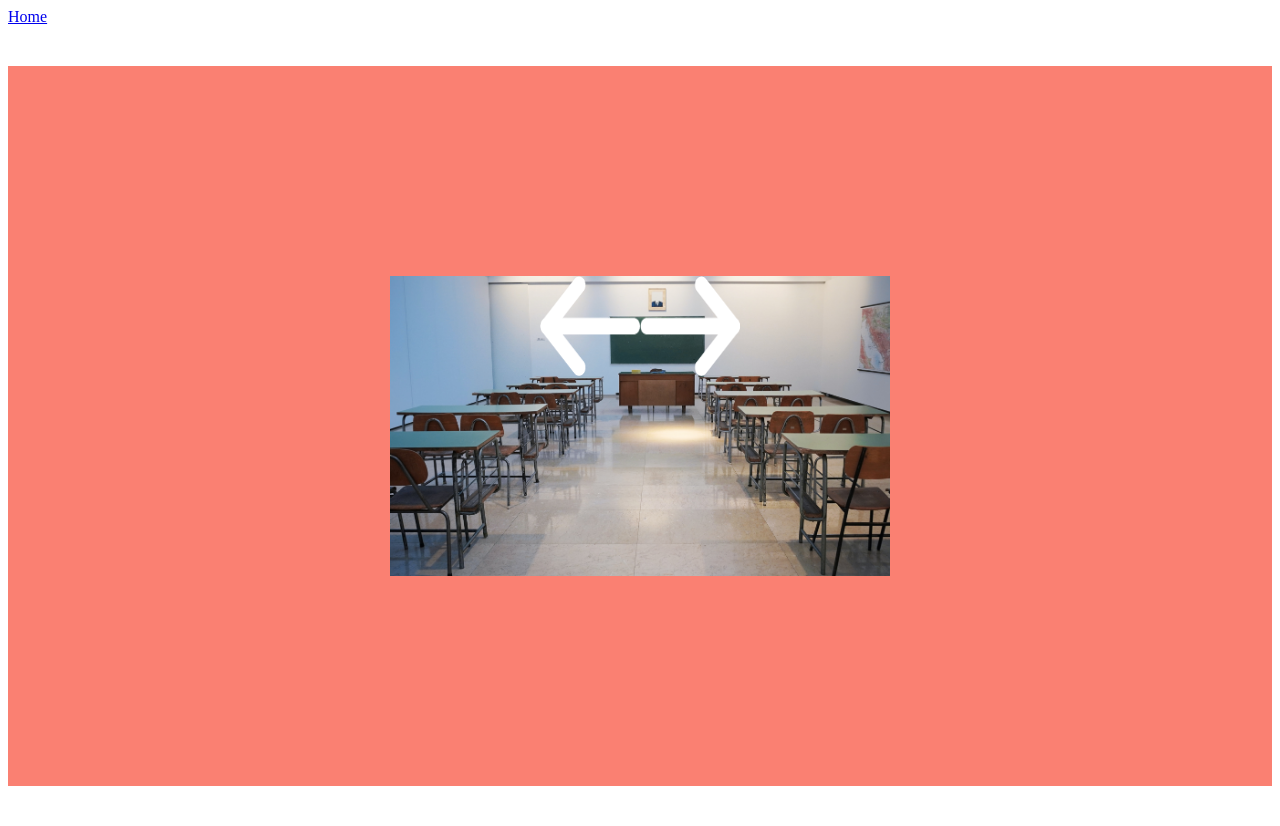
Repository: RonanKhalilOlaes/Class08
Page: /carouselPage
These files come from the project's save history. The page is drawn as it stood at one moment and after the next save; the edit follows.
The browser window is 1280 px wide. The pictures show the whole page.
The project was rebuilt for these pictures with package versions that can differ from the ones it lists, and the page was loaded fresh each time. The framework's server and built-in components were replaced by stand-ins that run in the browser. Also part of the build but not shown: next.config.js.

Above is the page before, as saved 2023-02-20 22:46:32.

### pages/carouselPage.js
import Carousel from "@/component/carousel";
import Link from "next/link";

export default function CarouselPage() {
    return (
        <>
            <Link href="/">Home</Link>
            <Carousel/>
        </>
    )
}

### styles/globals.css
:root {

}

### component/carousel/index.js

import Image from "next/image"
import { useState } from "react"
import styles from '/component/carousel/Carousel.module.css'

export default function Carousel () {

    const [img, setImg] = useState(0);

    const changeImage = (change) => {
            if(change == "backward") {
                setImg(img - 1);

                if(img == 0){
                    setImg(5);
                }
                console.log(img);

            }else if (change == "forward") {
                setImg(img +1);
                if(img == 5) {
                    setImg(0);
                }
                console.log(img);
            }

        }

    return (
        <div
            className={styles.carousel}
            id="carouselImage"
        >
            <div style={{
                backgroundImage:"url(/carousel-images/" + img + ".jpg)",
                backgroundSize: 'cover',
                backgroundRepeat: "no-repeat",
                width: 500,
                height: 300
            }}>

            <div className={styles.arrow}>
                <Image
                    src={"/icons/leftArrow.png"}
                    alt={"/icons/leftArrow.png"}
                    width={100}
                    height={100}
                    onClick={() => changeImage("backward")}
                />

                <Image
                    src={"/icons/rightArrow.png"}
                    alt={"/icons/rightArrow.png"}
                    width={100}
                    height={100}
                    onClick={() => changeImage("forward")}
                />
            </div>

            </div>
        </div>
    )
}

### component/carousel/Carousel.module.css
.carousel {
            height: "200px";
            background-Repeat: no-repeat;
            background-Size: "cover";
            display: flex;
            justify-Content: center;
            align-items: center;
            margin: 40px 0px;
            background-color: salmon;
            height: 100vh;
}

.arrow {
    display: flex;
    justify-content: center;
}

Loaded but not shown: pages/_app.js (common file); pages/_document.js (common file)

After the next save:
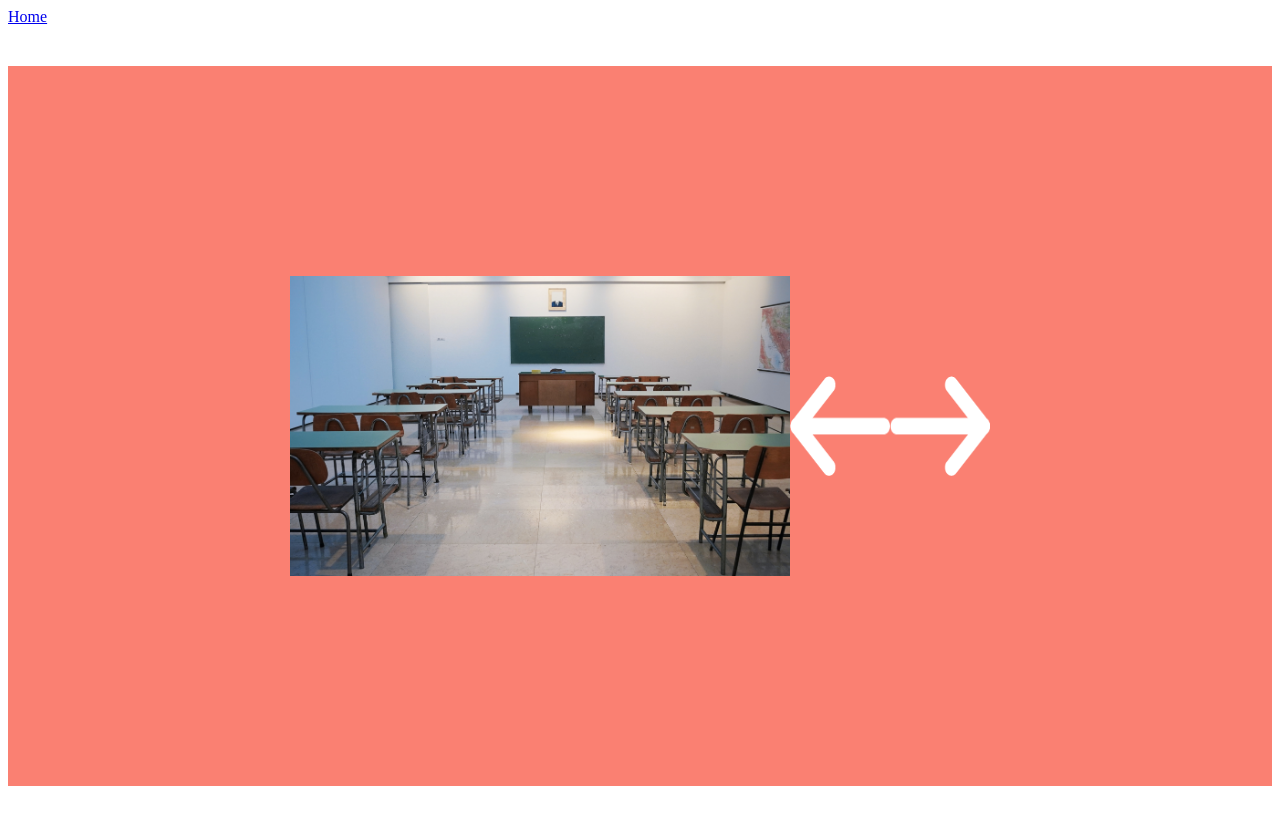
Saved 100 s later.
--- a/component/carousel/index.js
+++ b/component/carousel/index.js
@@ -27,10 +27,9 @@ export default function Carousel () {
         }
 
     return (
-        <div
-            className={styles.carousel}
-            id="carouselImage"
-        >
+        <>
+            <div className={styles.carousel}>
+
             <div style={{
                 backgroundImage:"url(/carousel-images/" + img + ".jpg)",
                 backgroundSize: 'cover',
@@ -38,7 +37,7 @@ export default function Carousel () {
                 width: 500,
                 height: 300
             }}>
-
+            </div>
             <div className={styles.arrow}>
                 <Image
                     src={"/icons/leftArrow.png"}
@@ -58,6 +57,6 @@ export default function Carousel () {
             </div>
 
             </div>
-        </div>
+        </>
     )
 }
